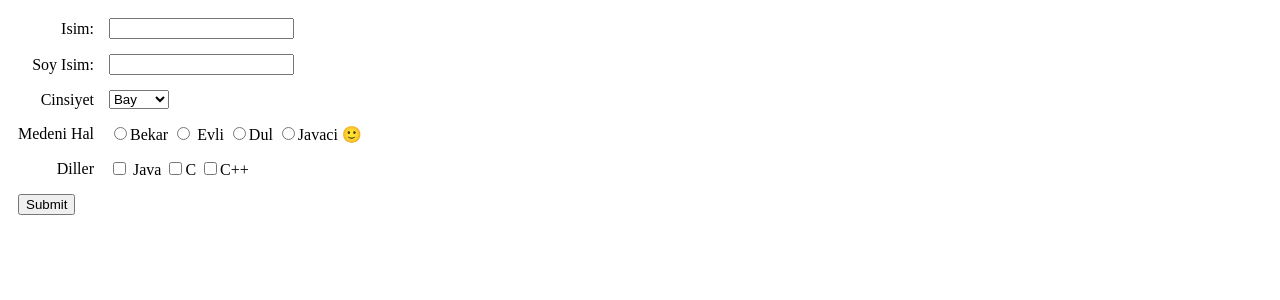
Repository: erayyildirim/start-trial
Page: ServletStart/WebContent/formGet.html
The author's editor kept a copy of each file at every save. The page is drawn from the files as they stood at one save, then again after the next save.
The browser window is 1280 px wide. The pictures show the whole page.

Above is the page before, as saved 2017-07-19 22:08:02.

After the next save:
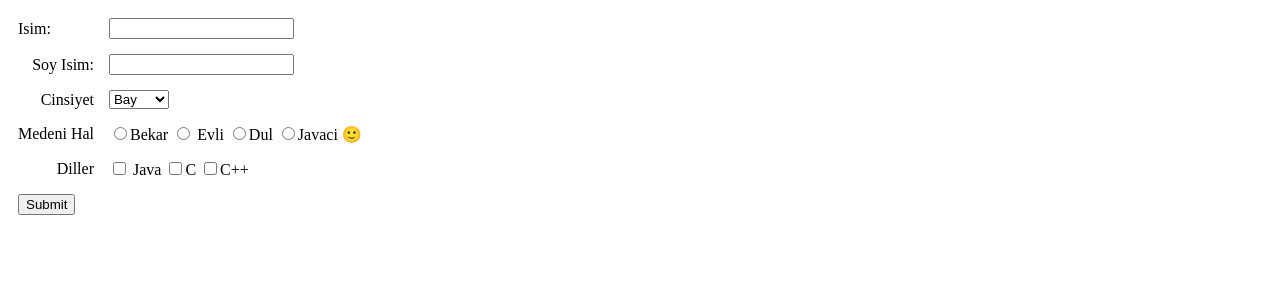
Saved 61 s later.
--- a/ServletStart/WebContent/formGet.html
+++ b/ServletStart/WebContent/formGet.html
@@ -9,7 +9,7 @@
 
     <table id="table1" cellspacing="5px" cellpadding="5%">
        <tr>
-              <td align="right">Isim:</td>
+              <td align="left">Isim:</td>
               <td><input type="text" name="firstName" /></td>
        </tr>
        <tr>

After the save that followed:
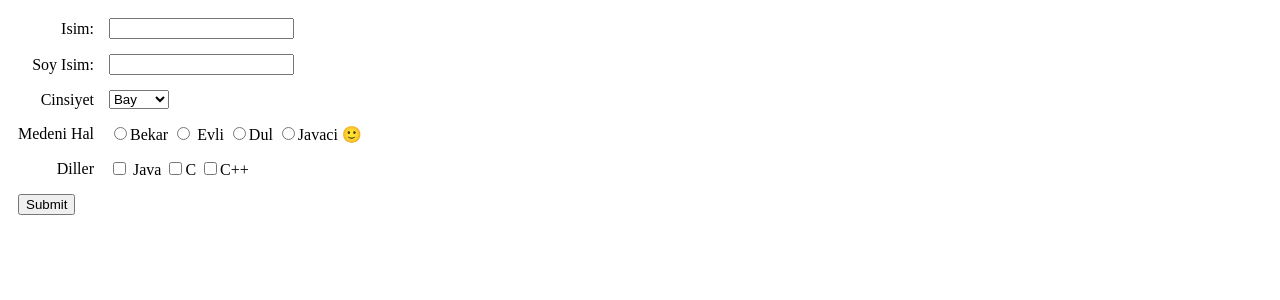
Saved 16 s later.
--- a/ServletStart/WebContent/formGet.html
+++ b/ServletStart/WebContent/formGet.html
@@ -9,7 +9,7 @@
 
     <table id="table1" cellspacing="5px" cellpadding="5%">
        <tr>
-              <td align="left">Isim:</td>
+              <td align="right">Isim:</td>
               <td><input type="text" name="firstName" /></td>
        </tr>
        <tr>
